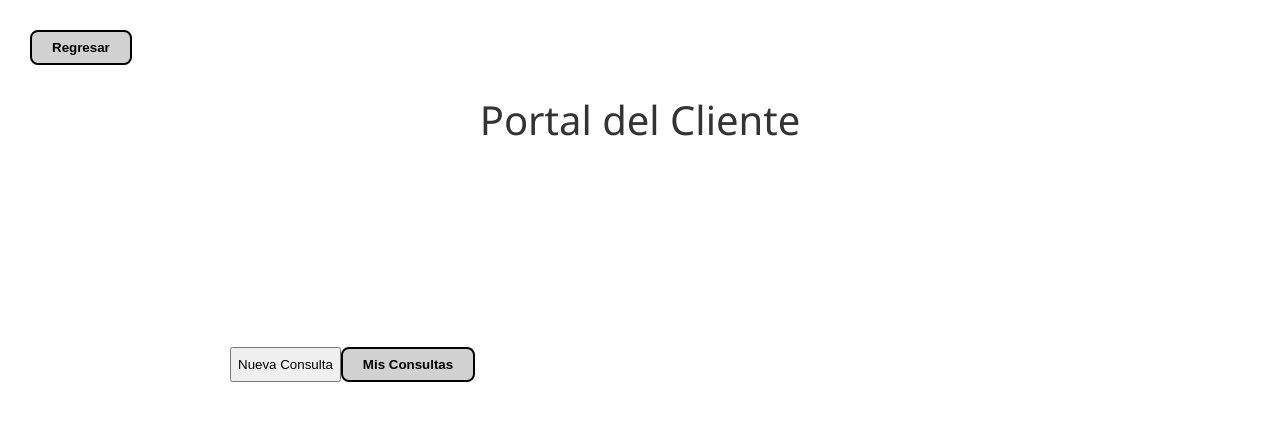
Repository: Devcodery/Trabajo-Fin-de-Grado
Page: http://localhost/Proyecto_Grupo3/vistas/portalCliente.jsp
The author's editor kept a copy of each file at every save. The page is drawn from the files as they stood at one save, then again after the next save.
The browser window is 1280 px wide. The pictures show the whole page.
The page is served by Tomcat 9. Other server files are loaded and not shown.

Above is the page before, as saved 2026-05-06 18:47:25.

### java/Proyecto_Grupo3/src/main/webapp/vistas/portalCliente.jsp
<%@ page language="java" contentType="text/html; charset=UTF-8"
    pageEncoding="UTF-8"%>
<!DOCTYPE html>
<html>
<head>
<meta charset="UTF-8">
<title>Portal Cliente</title>
<link rel="stylesheet" type="text/css" href="../style/style.css">
</head>
<body>
	<div class="nav">
        <button class="btn">Regresar</button>
    </div>
    <h1 class="titulo">Portal del Cliente</h1>

    <div class="layout">
		<button class="btn-consulta" href="/formularioSolicitud.php">Nueva Consulta</a>
		<button class="btn" href="/">Mis Consultas</a>
	</div>
</body>
</html>

### java/Proyecto_Grupo3/src/main/webapp/style/style.css
body {
    font-family: 'Segoe UI', Arial, sans-serif;
    margin: 0;
    padding: 30px;
    background-color: #ffffff;
    color: #333;
}

.nav {
    display: flex;
    justify-content: space-between;
    margin-bottom: 20px;
}

.btn {
    background-color: #d1d1d1;
    border: 2px solid #000;
    border-radius: 8px;
    padding: 8px 20px;
    font-weight: bold;
    cursor: pointer;
}

.titulo {
    text-align: center;
    font-size: 40px;
    margin-bottom: 40px;
    font-weight: normal;
}

.label {
    display: block;
    font-size: 18px;
    font-weight: 600;
    margin-bottom: 10px;
}

.info-content {
    font-size: 16px;
    line-height: 1.6;
    margin-bottom: 40px;
}

.scroll-box {
    border: 2px solid #000;
    border-radius: 12px;
    padding: 15px;
    overflow-y: scroll;
    background: #fff;
}

.height-consultas { height: 160px; }
.height-servicios { height: 380px; }

ul {
    list-style: none;
    padding: 0;
    margin: 0;
}

li {
    padding: 12px 5px;
    border-bottom: 1px solid #eee;
}

li:last-child {
    border-bottom: none;
}

.scroll-box::-webkit-scrollbar {
    width: 14px;
}
.scroll-box::-webkit-scrollbar-track {
    background: #f0f0f0;
    border-radius: 0 10px 10px 0;
}
.scroll-box::-webkit-scrollbar-thumb {
    background: #444;
    border-radius: 10px;
    border: 2px solid #f0f0f0;
}

.layout {
    display: flex;
    margin: 200px 200px 30px;
}

After the next save:
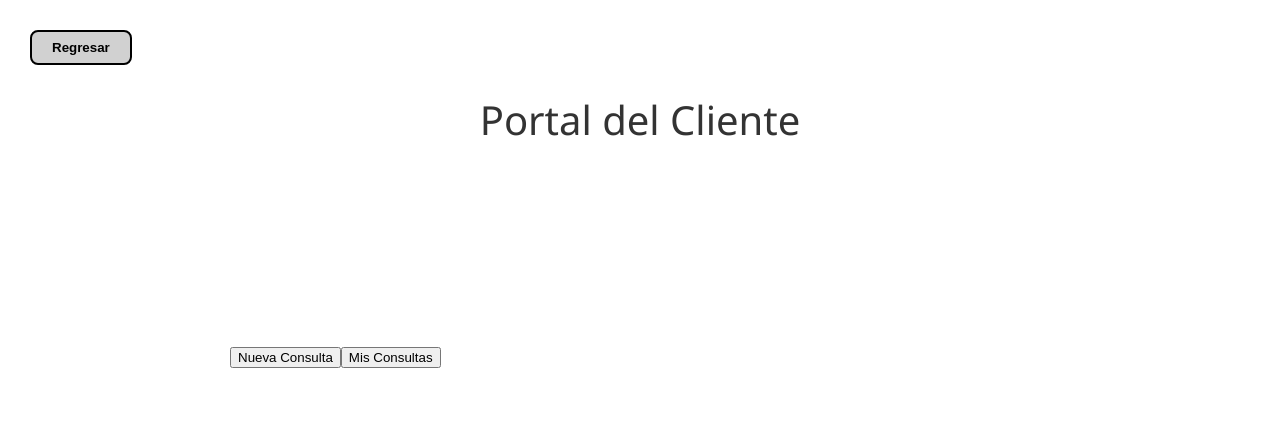
Saved 4 s later.
--- a/java/Proyecto_Grupo3/src/main/webapp/vistas/portalCliente.jsp
+++ b/java/Proyecto_Grupo3/src/main/webapp/vistas/portalCliente.jsp
@@ -15,7 +15,7 @@
 
     <div class="layout">
 		<button class="btn-consulta" href="/formularioSolicitud.php">Nueva Consulta</a>
-		<button class="btn" href="/">Mis Consultas</a>
+		<button class="btn-consulta" href="/">Mis Consultas</a>
 	</div>
 </body>
 </html>
